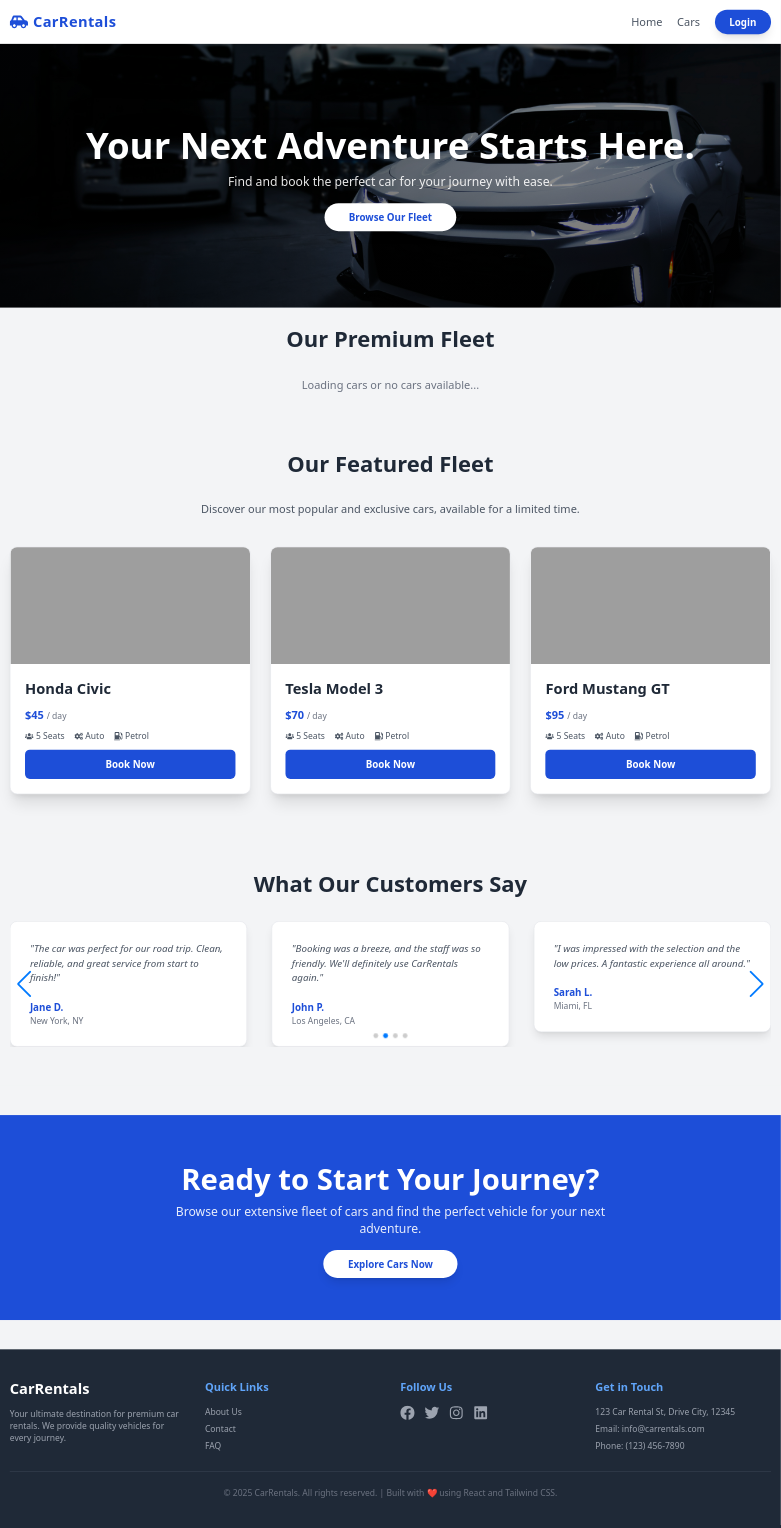
Repository: Daehy-peels/car-rental-app
Page: /admin/reports (app in client/)
These files come from the project's save history. The page is drawn as it stood at one moment and after the next save; the edit follows.
The browser window is 1280 px wide. The pictures show the whole page, at 61% of full size.
Pictures or frames that could not be fetched are drawn as grey boxes. The page's requests for data from a server got no answer. The project was rebuilt for these pictures with package versions that can differ from the ones it lists, and the page was loaded fresh each time. No one was signed in, and anything a server would have sent is missing. Also part of the build but not shown: client/vite.config.js, client/src/components/CarDetail.jsx.

Above is the page before, as saved 2025-08-21 19:22:14.

### client/src/index.css
/* client/src/index.css */
@tailwind base;
@tailwind components;
@tailwind utilities;

### client/src/App.jsx
// src/App.jsx
import React, { useState, useEffect } from "react";
import Navbar from "./components/Navbar";
import Hero from "./components/Hero";
import FeaturedCars from "./components/FeaturedCars";
import Testimonials from "./components/Testimonials";
import CallToAction from "./components/CallToAction";
import Footer from "./components/Footer";
import CarCard from "./components/CarCard";
import CarDetail from "./components/CarDetail";
import "./index.css";
import { fetchCars } from "./services/api";

function App() {
  const [cars, setCars] = useState([]);
  const [selectedCar, setSelectedCar] = useState(null);

  useEffect(() => {
    const getCars = async () => {
      const carList = await fetchCars();
      setCars(carList);
    };
    getCars();
  }, []);

  const handleCardClick = (car) => {
    setSelectedCar(car);
  };

  const handleCloseDetail = () => {
    setSelectedCar(null);
  };

  return (
    // Updated this div to use flexbox for layout control
    <div className="flex flex-col min-h-screen bg-background font-sans antialiased">
      <Navbar />
      <Hero />

      {/* The main content area that will expand to fill space */}
      <div className="flex-grow">
        <div className="container mx-auto px-4 sm:px-6 lg:px-8">
          <main className="p-8">
            <h2 className="text-4xl font-bold text-text mb-10 text-center animate-fade-in">
              Our Premium Fleet
            </h2>

            {cars.length > 0 ? (
              <div className="grid grid-cols-1 md:grid-cols-2 lg:grid-cols-3 gap-8">
                {cars.map((car) => (
                  <CarCard
                    key={car.car_id}
                    car={car}
                    onCardClick={handleCardClick}
                  />
                ))}
              </div>
            ) : (
              <p className="text-center text-lg text-gray-500 animate-pulse">
                Loading cars or no cars available...
              </p>
            )}
          </main>
        </div>

        <FeaturedCars />
        <Testimonials />
        <CallToAction />
      </div>

      <Footer />

      {/* Conditionally render the CarDetail component */}
      {selectedCar && (
        <CarDetail car={selectedCar} onClose={handleCloseDetail} />
      )}
    </div>
  );
}

export default App;

### client/src/components/Navbar.jsx
// src/components/Navbar.jsx
import React, { useState } from "react";
import { FaCarSide, FaBars, FaTimes } from "react-icons/fa";

const Navbar = () => {
  const [isMenuOpen, setIsMenuOpen] = useState(false);

  const toggleMenu = () => {
    setIsMenuOpen(!isMenuOpen);
  };

  return (
    <nav className="bg-white shadow-lg animate-fade-in-down">
      <div className="container mx-auto px-4 py-4 flex justify-between items-center">
        {/* Logo and App Name */}
        <div className="flex items-center space-x-2">
          <FaCarSide className="text-primary text-3xl" />
          <div className="text-2xl font-bold text-primary tracking-wide">
            CarRentals
          </div>
        </div>

        {/* Desktop Navigation Links */}
        <div className="hidden md:flex items-center space-x-6">
          <a
            href="#"
            className="text-gray-600 hover:text-primary transition-colors text-lg font-medium relative group"
          >
            Home
            <span className="absolute bottom-0 left-0 w-full h-0.5 bg-primary transform scale-x-0 group-hover:scale-x-100 transition-transform duration-300"></span>
          </a>
          <a
            href="#"
            className="text-gray-600 hover:text-primary transition-colors text-lg font-medium relative group"
          >
            Cars
            <span className="absolute bottom-0 left-0 w-full h-0.5 bg-primary transform scale-x-0 group-hover:scale-x-100 transition-transform duration-300"></span>
          </a>
          <a
            href="#"
            className="text-white bg-primary hover:bg-secondary px-6 py-2 rounded-full font-semibold transition-all duration-300 shadow-lg transform hover:scale-105"
          >
            Login
          </a>
        </div>

        {/* Mobile menu button */}
        <div className="md:hidden flex items-center">
          <button
            onClick={toggleMenu}
            className="text-gray-600 focus:outline-none"
          >
            {isMenuOpen ? <FaTimes size={24} /> : <FaBars size={24} />}
          </button>
        </div>
      </div>

      {/* Mobile menu content */}
      {isMenuOpen && (
        <div className="md:hidden bg-white shadow-lg py-4 transition-all duration-300 ease-in-out">
          <div className="flex flex-col items-center space-y-4">
            <a
              href="#"
              className="block text-gray-600 hover:text-primary transition-colors text-lg font-medium w-full text-center py-2"
            >
              Home
            </a>
            <a
              href="#"
              className="block text-gray-600 hover:text-primary transition-colors text-lg font-medium w-full text-center py-2"
            >
              Cars
            </a>
            <a href="#" className="block w-full text-center">
              <button className="bg-primary text-white hover:bg-secondary px-6 py-2 rounded-full font-semibold transition-colors w-1/2">
                Login
              </button>
            </a>
          </div>
        </div>
      )}
    </nav>
  );
};

export default Navbar;

### client/src/components/Hero.jsx
// src/components/Hero.jsx
import React from "react";
import mainCarImage from "../assets/hero.jpg";

const Hero = () => {
  return (
    <div className="relative h-[50vh] md:h-[60vh] flex items-center justify-center text-center">
      {/* Responsive Background Image */}
      <img
        src={mainCarImage}
        alt="A stylish car on the road"
        className="absolute inset-0 w-full h-full object-cover"
      />

      {/* Semi-transparent overlay with a subtle gradient */}
      <div className="absolute inset-0 bg-gradient-to-t from-black/60 to-black/30"></div>

      {/* Content */}
      <div className="relative z-10 text-white p-4 animate-fade-in-up">
        <h1 className="text-4xl md:text-6xl font-extrabold mb-4 leading-tight">
          Your Next Adventure Starts Here.
        </h1>
        <p className="text-lg md:text-xl mb-8 max-w-2xl mx-auto opacity-90">
          Find and book the perfect car for your journey with ease.
        </p>
        <a
          href="#"
          className="bg-white text-primary font-bold py-3 px-10 rounded-full shadow-lg hover:bg-gray-100 transition-colors duration-300 transform hover:scale-105"
        >
          Browse Our Fleet
        </a>
      </div>
    </div>
  );
};

export default Hero;

### client/src/components/FeaturedCars.jsx
// src/components/FeaturedCars.jsx
import React from "react";
import CarCard from "./CarCard";

const featuredCars = [
  {
    car_id: 1,
    make: "Honda",
    model: "Civic",
    year: 2022,
    price_per_day: 45,
    image_url: "https://example.com/images/honda-civic.jpg", // Replace with actual image URL
    seats: 5,
    fuel_type: "Petrol",
    transmission: "Automatic",
  },
  {
    car_id: 2,
    make: "Tesla",
    model: "Model 3",
    year: 2023,
    price_per_day: 70,
    image_url: "https://example.com/images/tesla-model3.jpg", // Replace with actual image URL
    seats: 5,
    fuel_type: "Electric",
    transmission: "Automatic",
  },
  {
    car_id: 3,
    make: "Ford",
    model: "Mustang GT",
    year: 2021,
    price_per_day: 95,
    image_url: "https://example.com/images/ford-mustang.jpg", // Replace with actual image URL
    seats: 4,
    fuel_type: "Petrol",
    transmission: "Manual",
  },
];

const FeaturedCars = () => {
  return (
    <section className="container mx-auto px-4 py-16">
      <h2 className="text-4xl font-bold text-text text-center mb-10">
        Our Featured Fleet
      </h2>
      <p className="text-center text-lg text-gray-600 mb-12 max-w-2xl mx-auto">
        Discover our most popular and exclusive cars, available for a limited
        time.
      </p>
      <div className="grid grid-cols-1 md:grid-cols-2 lg:grid-cols-3 gap-8">
        {featuredCars.map((car) => (
          <CarCard key={car.car_id} car={car} />
        ))}
      </div>
    </section>
  );
};

export default FeaturedCars;

### client/src/components/Testimonials.jsx
// src/components/Testimonials.jsx
import React from "react";
import { Swiper, SwiperSlide } from "swiper/react";
import { Pagination, Navigation, Autoplay } from "swiper/modules";

// Import Swiper styles
import "swiper/css";
import "swiper/css/pagination";
import "swiper/css/navigation";

// Placeholder testimonial data
const testimonials = [
  {
    quote:
      "The car was perfect for our road trip. Clean, reliable, and great service from start to finish!",
    name: "Jane D.",
    location: "New York, NY",
  },
  {
    quote:
      "Booking was a breeze, and the staff was so friendly. We'll definitely use CarRentals again.",
    name: "John P.",
    location: "Los Angeles, CA",
  },
  {
    quote:
      "I was impressed with the selection and the low prices. A fantastic experience all around.",
    name: "Sarah L.",
    location: "Miami, FL",
  },
  {
    quote:
      "The car was a great value and the pickup process was quick and easy. Highly recommended!",
    name: "Mike T.",
    location: "Chicago, IL",
  },
];

const Testimonials = () => {
  return (
    <section className="bg-background py-16">
      <div className="container mx-auto px-4">
        <h2 className="text-4xl font-bold text-text text-center mb-10">
          What Our Customers Say
        </h2>
        <Swiper
          modules={[Pagination, Navigation, Autoplay]}
          spaceBetween={30}
          slidesPerView={1}
          centeredSlides={true}
          navigation
          pagination={{ clickable: true }}
          autoplay={{ delay: 5000, disableOnInteraction: false }}
          breakpoints={{
            768: {
              slidesPerView: 2,
              spaceBetween: 30,
            },
            1024: {
              slidesPerView: 3,
              spaceBetween: 40,
            },
          }}
          className="mySwiper"
        >
          {testimonials.map((testimonial, index) => (
            <SwiperSlide key={index}>
              <div className="bg-white p-8 rounded-xl shadow-lg border border-gray-200 h-full flex flex-col justify-between">
                <p className="text-gray-600 italic mb-6">
                  "{testimonial.quote}"
                </p>
                <div>
                  <p className="font-semibold text-primary">
                    {testimonial.name}
                  </p>
                  <p className="text-sm text-gray-500">
                    {testimonial.location}
                  </p>
                </div>
              </div>
            </SwiperSlide>
          ))}
        </Swiper>
      </div>
    </section>
  );
};

export default Testimonials;

### client/src/components/CallToAction.jsx
// src/components/CallToAction.jsx
import React from "react";

const CallToAction = () => {
  return (
    <section className="bg-primary text-white py-20 mt-12">
      <div className="container mx-auto px-4 text-center">
        <h2 className="text-4xl md:text-5xl font-bold mb-4">
          Ready to Start Your Journey?
        </h2>
        <p className="text-lg md:text-xl mb-8 max-w-3xl mx-auto opacity-90">
          Browse our extensive fleet of cars and find the perfect vehicle for
          your next adventure.
        </p>
        <a
          href="#"
          className="bg-white text-primary font-bold py-3 px-10 rounded-full shadow-lg hover:bg-gray-100 transition-colors duration-300 transform hover:scale-105"
        >
          Explore Cars Now
        </a>
      </div>
    </section>
  );
};

export default CallToAction;

### client/src/components/Footer.jsx
// src/components/Footer.jsx
import React from "react";
import { FaFacebook, FaTwitter, FaInstagram, FaLinkedin } from "react-icons/fa";

const Footer = () => {
  return (
    <footer className="bg-text text-white py-12 mt-12 animate-fade-in">
      <div className="container mx-auto px-4 text-center md:text-left">
        <div className="grid grid-cols-1 md:grid-cols-4 gap-8">
          {/* Logo and About Section */}
          <div className="col-span-1">
            <p className="text-2xl font-bold mb-4">CarRentals</p>
            <p className="text-sm text-gray-400">
              Your ultimate destination for premium car rentals. We provide
              quality vehicles for every journey.
            </p>
          </div>

          {/* Quick Links */}
          <div className="col-span-1">
            <h4 className="text-lg font-semibold mb-4 text-accent">
              Quick Links
            </h4>
            <ul className="space-y-2 text-sm">
              <li>
                <a
                  href="#"
                  className="text-gray-400 hover:text-white transition-colors"
                >
                  About Us
                </a>
              </li>
              <li>
                <a
                  href="#"
                  className="text-gray-400 hover:text-white transition-colors"
                >
                  Contact
                </a>
              </li>
              <li>
                <a
                  href="#"
                  className="text-gray-400 hover:text-white transition-colors"
                >
                  FAQ
                </a>
              </li>
            </ul>
          </div>

          {/* Social Media Links */}
          <div className="col-span-1">
            <h4 className="text-lg font-semibold mb-4 text-accent">
              Follow Us
            </h4>
            <div className="flex justify-center md:justify-start space-x-4">
              <a
                href="#"
                className="text-gray-400 hover:text-white transition-colors transform hover:scale-110"
              >
                <FaFacebook size={24} />
              </a>
              <a
                href="#"
                className="text-gray-400 hover:text-white transition-colors transform hover:scale-110"
              >
                <FaTwitter size={24} />
              </a>
              <a
                href="#"
                className="text-gray-400 hover:text-white transition-colors transform hover:scale-110"
              >
                <FaInstagram size={24} />
              </a>
              <a
                href="#"
                className="text-gray-400 hover:text-white transition-colors transform hover:scale-110"
              >
                <FaLinkedin size={24} />
              </a>
            </div>
          </div>

          {/* Contact Info */}
          <div className="col-span-1">
            <h4 className="text-lg font-semibold mb-4 text-accent">
              Get in Touch
            </h4>
            <p className="text-sm text-gray-400">
              123 Car Rental St, Drive City, 12345
            </p>
            <p className="text-sm text-gray-400 mt-2">
              Email: info@carrentals.com
            </p>
            <p className="text-sm text-gray-400 mt-2">Phone: (123) 456-7890</p>
          </div>
        </div>

        <div className="border-t border-gray-700 mt-8 pt-6">
          <p className="text-sm text-gray-500 text-center">
            &copy; {new Date().getFullYear()} CarRentals. All rights reserved. |
            Built with ❤️ using React and Tailwind CSS.
          </p>
        </div>
      </div>
    </footer>
  );
};

export default Footer;

### client/src/components/CarCard.jsx
// src/components/CarCard.jsx
import React from "react";
import { FaGasPump, FaCogs, FaUsers } from "react-icons/fa";

const CarCard = ({ car, onCardClick }) => {
  return (
    <div
      onClick={() => onCardClick(car)}
      className="bg-white rounded-xl overflow-hidden shadow-xl border border-gray-200 transform hover:scale-105 transition-all duration-300 group cursor-pointer"
    >
      <img
        src={car.image_url}
        alt={`${car.make} ${car.model}`}
        className="w-full h-48 object-cover transition-opacity duration-300 group-hover:opacity-80"
      />
      <div className="p-6 space-y-3">
        <h3 className="text-2xl font-bold text-text">
          {car.make} {car.model}
        </h3>
        <p className="text-lg text-primary font-bold">
          ${car.price_per_day}{" "}
          <span className="text-sm text-gray-500 font-normal">/ day</span>
        </p>

        {/* Car Specs */}
        <div className="flex flex-wrap gap-4 text-gray-600 text-sm">
          <div className="flex items-center space-x-1">
            <FaUsers />
            <span>5 Seats</span>
          </div>
          <div className="flex items-center space-x-1">
            <FaCogs />
            <span>Auto</span>
          </div>
          <div className="flex items-center space-x-1">
            <FaGasPump />
            <span>Petrol</span>
          </div>
        </div>

        <button className="w-full bg-primary text-white font-semibold py-3 rounded-lg hover:bg-secondary transition-colors duration-300 mt-4">
          Book Now
        </button>
      </div>
    </div>
  );
};

export default CarCard;

### client/src/services/api.js
// src/services/api.js

const API_URL = "http://localhost:3000/api";

// Function to fetch all cars from the backend
export const fetchCars = async () => {
  try {
    const response = await fetch(`${API_URL}/cars`);
    if (!response.ok) {
      throw new Error("Failed to fetch cars");
    }
    const data = await response.json();
    return data;
  } catch (error) {
    console.error("Error fetching cars:", error);
    return [];
  }
};

// Function to create a new car
export const addCar = async (carData) => {
  try {
    const response = await fetch(`${API_URL}/cars`, {
      method: "POST",
      headers: {
        "Content-Type": "application/json",
      },
      body: JSON.stringify(carData),
    });
    if (!response.ok) {
      throw new Error("Failed to add car");
    }
    const data = await response.json();
    return data;
  } catch (error) {
    console.error("Error adding car:", error);
    throw error;
  }
};

### client/tailwind.config.js
// client/tailwind.config.js
/** @type {import('tailwindcss').Config} */
export default {
  content: ["./index.html", "./src/**/*.{js,ts,jsx,tsx}"],
  theme: {
    extend: {
      colors: {
        primary: "#1d4ed8", // A deep blue
        secondary: "#3b82f6", // A lighter blue
        accent: "#60a5fa", // A light accent blue
        background: "#f3f4f6", // A soft gray
        text: "#1f2937", // A dark text color
      },
      keyframes: {
        "fade-in-down": {
          "0%": {
            opacity: "0",
            transform: "translateY(-10px)",
          },
          "100%": {
            opacity: "1",
            transform: "translateY(0)",
          },
        },
        "fade-in-up": {
          "0%": {
            opacity: "0",
            transform: "translateY(10px)",
          },
          "100%": {
            opacity: "1",
            transform: "translateY(0)",
          },
        },
        "fade-in": {
          "0%": {
            opacity: "0",
          },
          "100%": {
            opacity: "1",
          },
        },
        "scale-in": {
          "0%": {
            transform: "scale(0.95)",
            opacity: "0",
          },
          "100%": {
            transform: "scale(1)",
            opacity: "1",
          },
        },
      },
      animation: {
        "fade-in-down": "fade-in-down 0.5s ease-out",
        "fade-in-up": "fade-in-up 0.5s ease-out",
        "fade-in": "fade-in 0.5s ease-out",
        "scale-in": "scale-in 0.3s ease-out",
      },
    },
  },
  plugins: [],
};

Loaded but not shown: client/index.html (common file); client/src/main.jsx (common file)

After the next save:
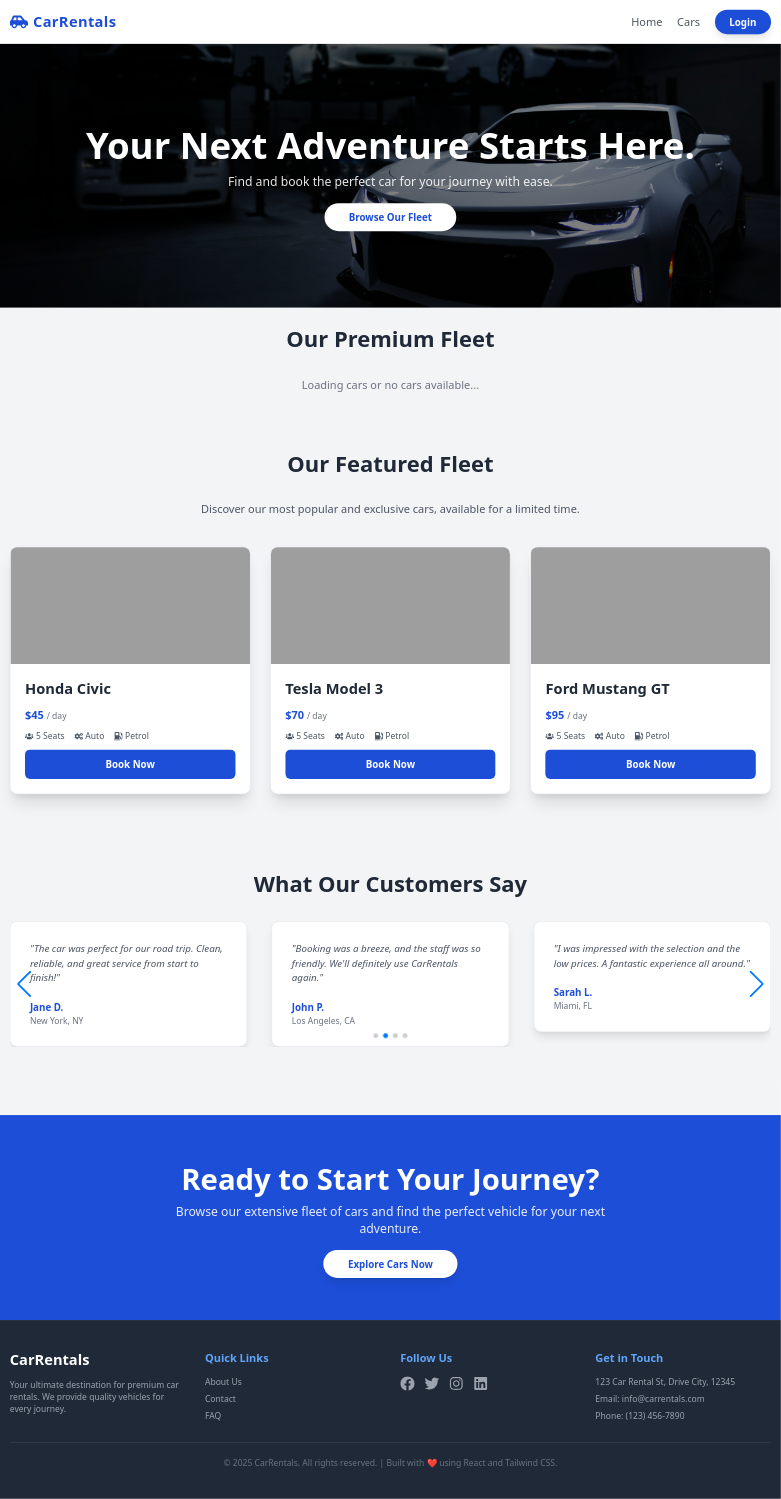
Saved 18 s later.
--- a/client/src/components/Footer.jsx
+++ b/client/src/components/Footer.jsx
@@ -4,7 +4,8 @@ import { FaFacebook, FaTwitter, FaInstagram, FaLinkedin } from "react-icons/fa";
 
 const Footer = () => {
   return (
-    <footer className="bg-text text-white py-12 mt-12 animate-fade-in">
+    // Removed the mt-12 class
+    <footer className="bg-text text-white py-12">
       <div className="container mx-auto px-4 text-center md:text-left">
         <div className="grid grid-cols-1 md:grid-cols-4 gap-8">
           {/* Logo and About Section */}
